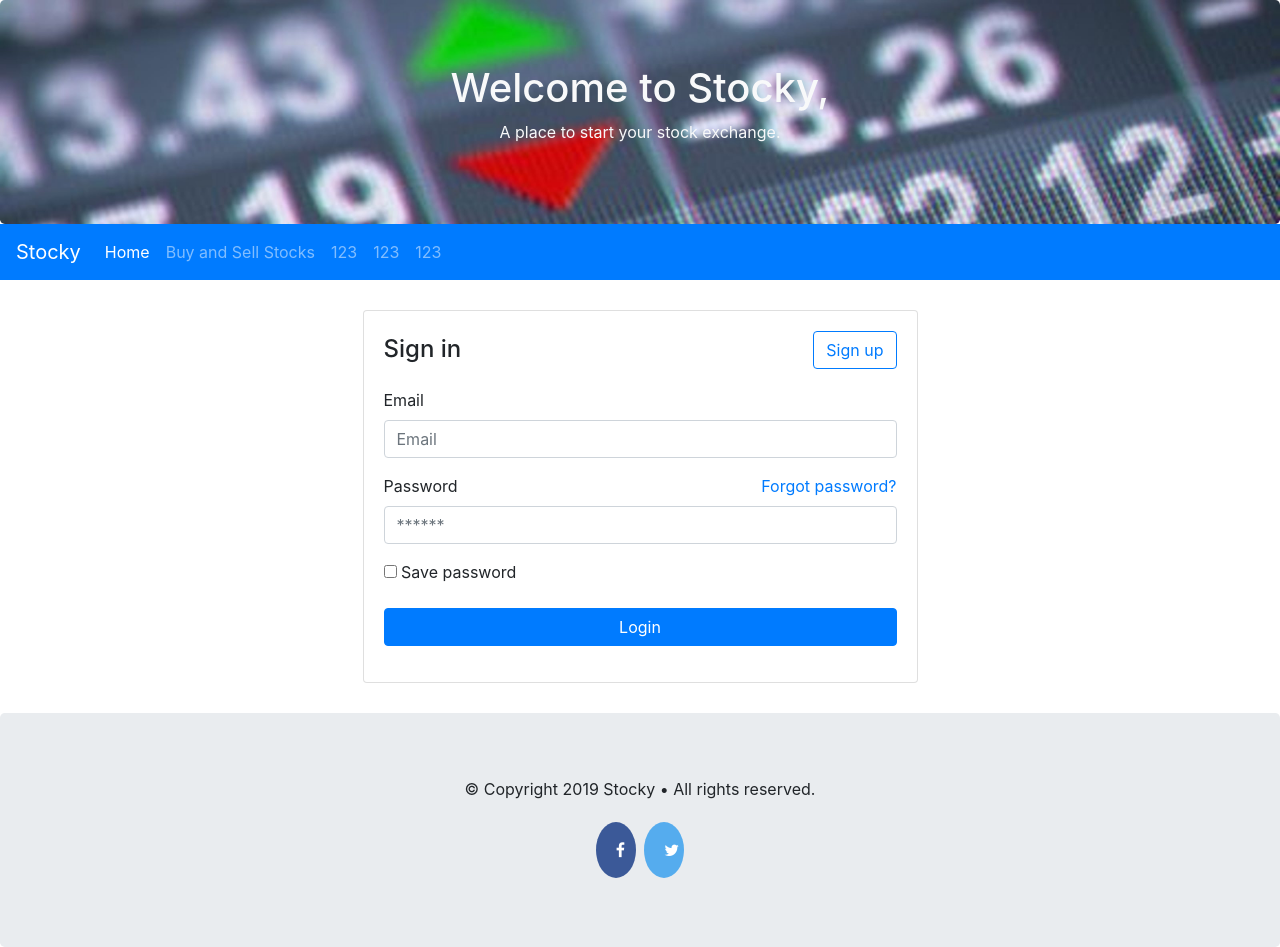
Repository: madfufuu/stocky
Page: http://localhost/stocky/index.jsp
An editor plug-in stored every save of this project. The page is shown before and after the next save, followed by the edit.
The browser window is 1280 px wide. The pictures show the whole page.
The page is served by Tomcat 9.

Above is the page before, as saved 2019-11-27 23:20:48.

After the next save:
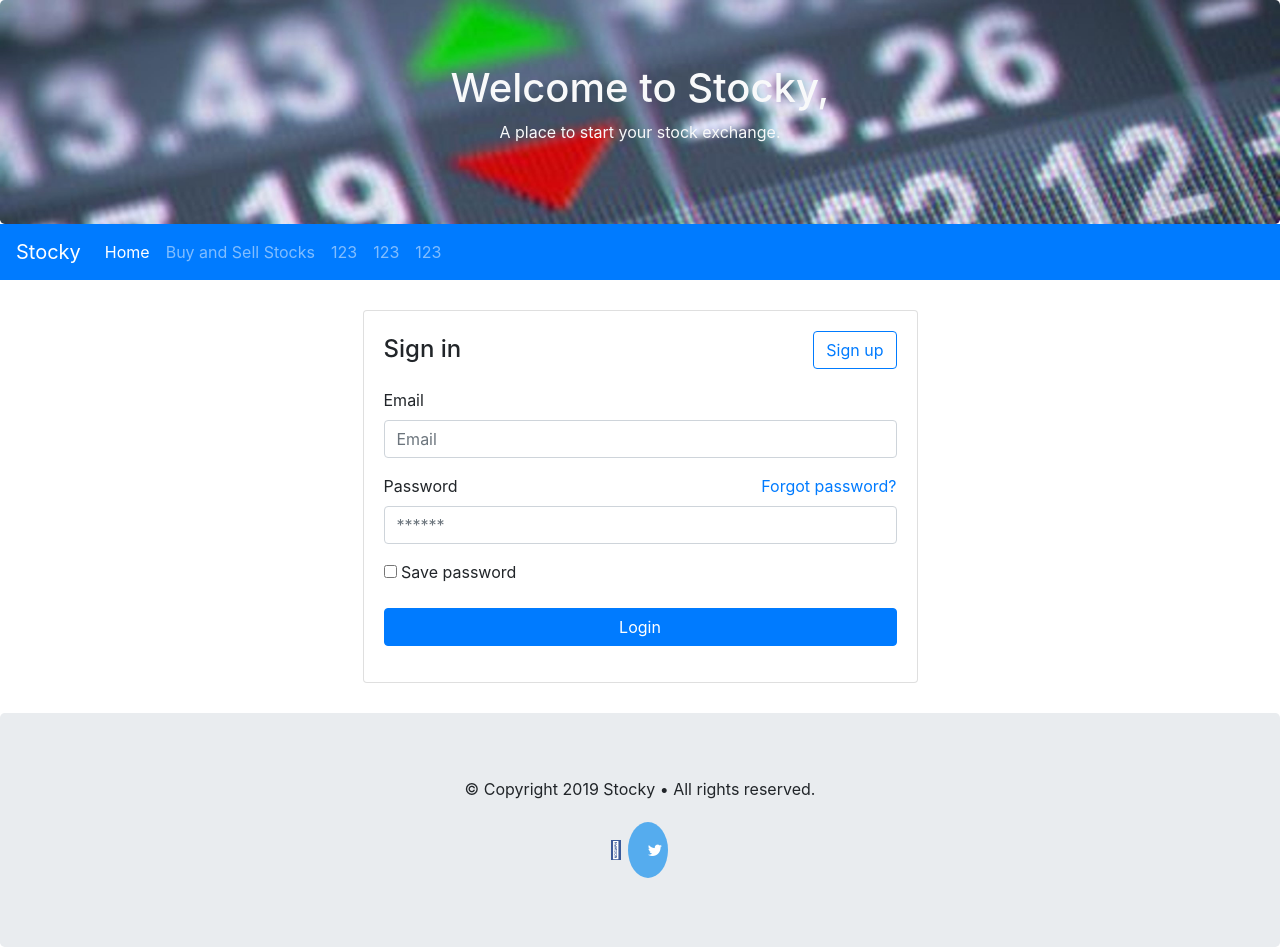
Saved 79 s later.
--- a/stocky-new-master/stocky/WebContent/index.jsp
+++ b/stocky-new-master/stocky/WebContent/index.jsp
@@ -93,7 +93,7 @@
 	<div class="jumbotron text-center" style="margin-bottom:0">
 		<p>© Copyright 2019 Stocky • All rights reserved.</p>
 		<div>
-			<a href="#" class="fa fa-facebook"></a>
+			<a href="#" class="fab fa-facebook"></a>
 			<a href="#" class="fa fa-twitter"></a>
 		</div>
 	</div>
